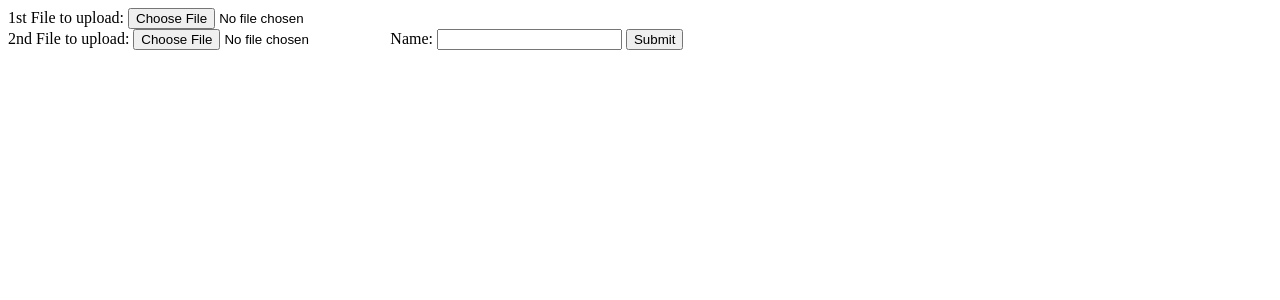
Repository: bikramaditya/Adv
Page: AdvantoWS/src/main/webapp/static/uploadMulti.html
An editor plug-in stored every save of this project. The page is shown before and after the next save, followed by the edit.
The browser window is 1280 px wide. The pictures show the whole page.

Above is the page before, as saved 2017-02-22 12:43:50.

### AdvantoWS/src/main/webapp/static/uploadMulti.html
<html>
<head>
<title>Upload File Request Page</title>
</head>
<body>
	<form method="POST" action="/AdvantoWS/uploadMultipleFile" enctype="multipart/form-data">
		1st File to upload: <input type="file" name="file">
		<br/>
		2nd File to upload: <input type="file" name="file">
		Name: <input type="text" name="name">


		 <button type="submit" value="Submit">Submit</button>
	</form>
</body>
</html>

After the next save:
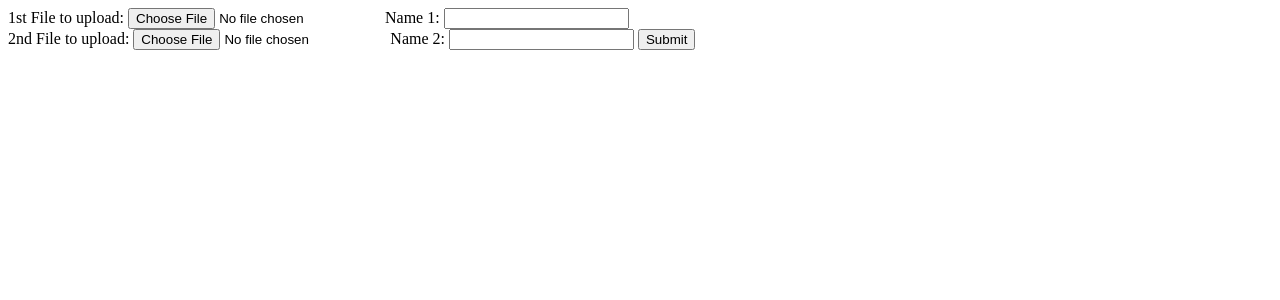
Saved 9 min 24 s later.
--- a/AdvantoWS/src/main/webapp/static/uploadMulti.html
+++ b/AdvantoWS/src/main/webapp/static/uploadMulti.html
@@ -5,10 +5,10 @@
 <body>
 	<form method="POST" action="/AdvantoWS/uploadMultipleFile" enctype="multipart/form-data">
 		1st File to upload: <input type="file" name="file">
+		Name 1: <input type="text" name="name">
 		<br/>
 		2nd File to upload: <input type="file" name="file">
-		Name: <input type="text" name="name">
-
+		Name 2: <input type="text" name="name">
 
 		 <button type="submit" value="Submit">Submit</button>
 	</form>
